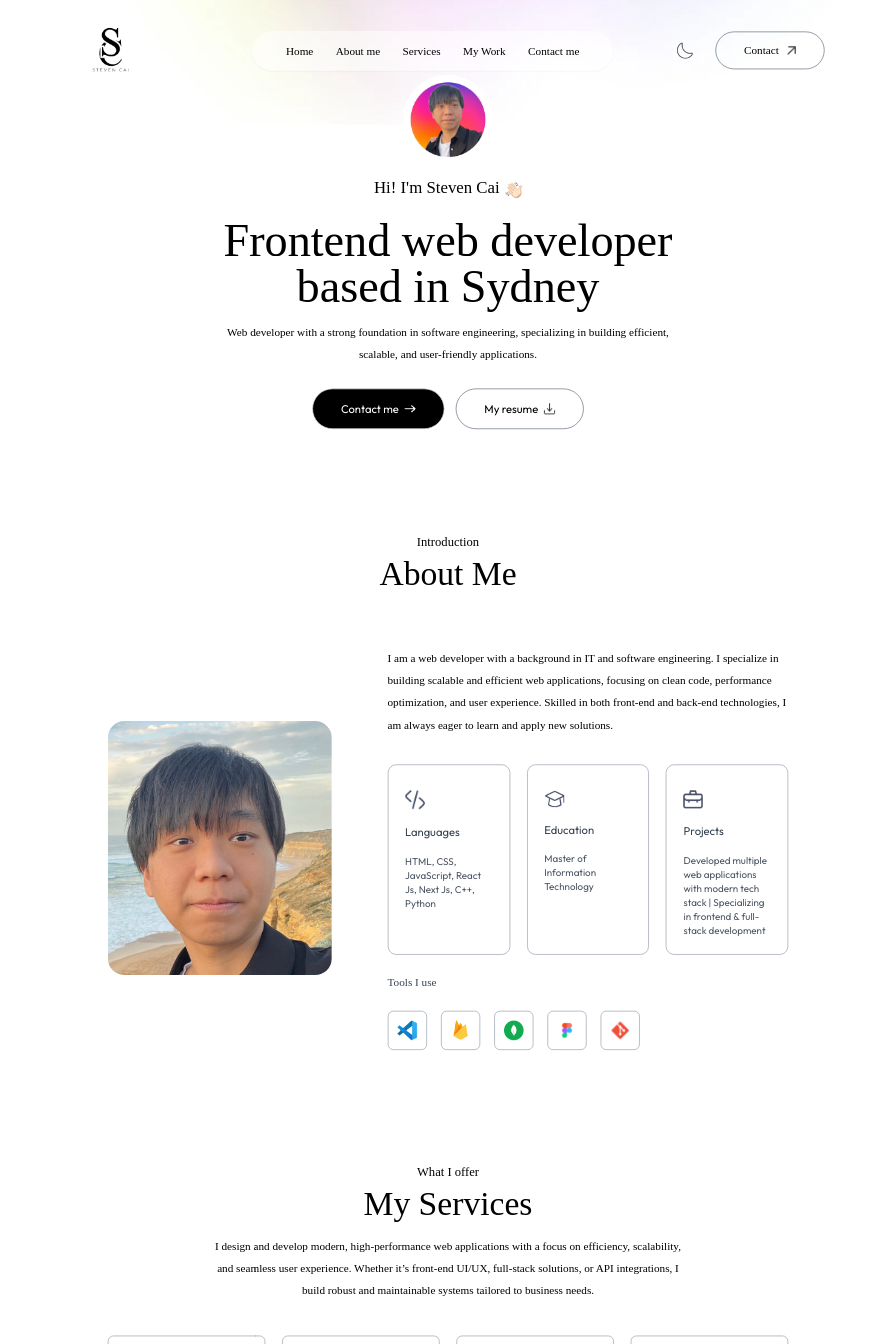
Repository: Steven4cai/profolio
Page: /
These files come from the project's save history. The page is drawn as it stood at one moment and after the next save; the edit follows.
The browser window is 1280 px wide. The pictures show the part of the page from y = 0 to 1920 px (the page is 4329 px tall), at 70% of full size.
Some web fonts or font styles are not loaded; a fallback is used. The project was rebuilt for these pictures with package versions that can differ from the ones it lists, and the page was loaded fresh each time. The framework's server and built-in components were replaced by stand-ins that run in the browser. Also part of the build but not shown: next.config.mjs.

Above is the page before, as saved 2025-02-09 13:19:39.

### app/layout.js
import {Outfit,Ovo} from "next/font/google";
import "./globals.css";

const outfit = Outfit({
  subsets: ["latin"],weight:["400","500","600","700"]
});

const ovo = Ovo({
  subsets: ["latin"],weight:["400"]
});

export const metadata = {
  title: "Profolio - Steven",
  description: "",
};

export default function RootLayout({ children }) {
  return (
    <html lang="en" className="scroll-smooth ">
      <body className={`${outfit.className} ${ovo.className} antialiased leading-8 overflow-x-hidden
      dark:bg-darkTheme dark:text-white`}>
        <main>{children}</main>
      </body>
    </html>
  );
}

### components/About.jsx
import Image from 'next/image'
import React from 'react'
import {assets, infoList, toolsData} from '@/assets/assets'


const About = ({isDark}) => {
  return (
    <div id='about' className='w-full px-[12%] py-10 scroll-mt-20'>
      <h4 className='text-center mb-2 text-lg font-Ovo'>Introduction</h4>
      <h2 className='text-center text-5xl font-Ovo'>About Me</h2>

    <div className='flex w-full flex-col lg:flex-row items-center gap-20 my-20'>
        <div className='w-64 sm:w-80 rounded-3xl max-w-none'>
            <Image src={assets.user_image} alt='user'
            className='w-full rounded-3xl'/>
        </div>
        <div className='flex-1'>
            <p className='mb-10 max-w-2xl font-Ovo'>
            I am a web developer with a background in IT and software
         engineering. I specialize in building scalable and efficient web
          applications, focusing on clean code, performance optimization,
          and user experience. Skilled in both front-end and back-end
          technologies, I am always eager to learn and apply new solutions.
            </p>
            <ul className='grid grid-cols-1 sm:grid-cols-3 gap-6 max-w-2xl'>
                {infoList.map((info,index) => (
                    <li
                    className='border-[0.5px] border-gray-400 rounded-xl p-6
                    cursor-pointer hover:bg-lightHover hover:-translate-y-1 duration-500
                    hover:shadow-black
                    dark:border-white dark:hovr:shadow-white dark:hover:bg-darkHover/50'
                    key={index}>
                        <Image src={isDark ? info.iconDark : info.icon} alt={info.title} className='w-7 mt-3'/>
                        <h3 className='my-4 font-semiblod text-gray-700 dark:text-white'>{info.title}</h3>
                        <p className='text-gray-600 text-sm dark:text-white/80'>{info.description}</p>
                    </li>
                ))}
            </ul>

            <h4 className='my-6 text-gray-700 font-Ovo dark:text-white/80'>Tools I use</h4>


                <ul className='flex items-center gap-3 sm:gap-5'>
                    {toolsData.map((tool,index) => (
                        <li className=
                        'flex items-center justify-center w-12 sm:w-14 aspect-square border border-gray-400 rounded-lg cursor-pointer hover:-translate-y-1 duration-500'
                         key={index}>
                            <Image src={tool} alt='Tool' className='w-5 sm:w-7' />
                        </li>
                    ))}
                </ul>
        </div>
    </div>

    </div>
  )
}

export default About

### components/Header.jsx
import React from 'react'
import Image from 'next/image'
import {assets} from '@/assets/assets'

const Header = () => {
  return (
    <div className=
    'w-11/12 max-w-3xl text-center mx-auto h-screen flex flex-col items-center justify-center gap-4'>
      <div>
        <Image src={assets.profile_img} alt='' className='rounded-full w-32'/>
      </div>
      <h3 className='flex items-end gap-2 text-xl md:text-2xl mb-3 font-Ovo'>Hi! I'm Steven Cai <Image src={assets.hand_icon} alt='' className='w-6'/></h3>
        <h1 className='text-3xl sm:text-6xl lg:text-[66px] font-Ovo'>Frontend web developer based in Sydney</h1>
        <p className='max-w-2xl mx-auto font-Ovo'>
          Web developer with a strong foundation in software engineering,
           specializing in building efficient, scalable, and user-friendly
            applications.
        </p>
        <div className=
        'flex flex-col sm:flex-row items-center gap-4 mt-4'>
            <a href="#contact"
             className='px-10 py-3 border rounded-full bg-black text-white flex items-center gap-2
             dark:bg-transparent'>
                Contact me  <Image src={assets.right_arrow_white} alt='' className='w-4'/></a>
            <a href="/Steven_Cai_ITResume.pdf" download
            className='px-10 py-3 border rounded-full border-gray-500 flex items-center gap-2
            bg-white dark:text-black'
            >My resume  <Image src={assets.download_icon} alt='' className='w-4'/></a>

        </div>


    </div>
  )
}

export default Header

### components/Services.jsx
import React from "react";
import { TbWorld } from "react-icons/tb";
import { RiStackFill } from "react-icons/ri";
import { AiOutlineApi } from "react-icons/ai";
import { MdSecurity } from "react-icons/md";

export const serviceData = [
  { icon: <TbWorld className="text-4xl text-gray-700 dark:text-white" />, title: 'Frontend Development', description: 'Building modern, responsive, and interactive web applications using React.js, Next.js, and Tailwind CSS to ensure seamless user experience.', link: '' },
  { icon: <RiStackFill className="text-4xl text-gray-700 dark:text-white" />, title: 'Full-Stack Development', description: 'Developing scalable web applications with Next.js, Appwrite, MongoDB, and Firebase, handling both frontend and backend efficiently.', link: '' },
  { icon: <AiOutlineApi className="text-4xl text-gray-700 dark:text-white" />, title: 'API Development & Integration', description: 'Creating and integrating RESTful APIs to enable smooth data communication between systems, ensuring high performance and security.', link: '' },
  { icon: <MdSecurity className="text-4xl text-gray-700 dark:text-white" />, title: 'Authentication & Security', description: 'Implementing secure authentication using NextAuth.js, OAuth, JWT, and Firebase Auth, ensuring data protection and user privacy.', link: '' },
];

const Services = () => {
  return (
    <div id='services' className='w-full px-[12%] py-10 scroll-mt-20'>
      <h4 className='text-center mb-2 text-lg font-Ovo'>What I offer</h4>
      <h2 className='text-center text-5xl font-Ovo'>My Services</h2>

      <p className='text-center max-w-2xl mx-auto mt-5 mb-12 font-Ovo'>
        I design and develop modern, high-performance web applications with
        a focus on efficiency, scalability, and seamless user experience. Whether
        it’s front-end UI/UX, full-stack solutions, or API integrations,
        I build robust and maintainable systems tailored to business needs.
      </p>

      <div className='grid grid-cols-1 sm:grid-cols-2 md:grid-cols-4 gap-6 my-10'>
        {serviceData.map(({ icon, title, description, link }, index) => (
          <div
            className='border border-gray-400 rounded-lg px-8 py-10 flex flex-col items-center text-center
              hover:shadow-black cursor-pointer hover:bg-lightHover hover:-translate-y-1 duration-500
              dark:hover:bg-darkHover dark:hover:shadow-white'
            key={index}
          >
            {icon}
            <h3 className='text-lg my-4 text-gray-700 dark:text-white'>{title}</h3>
            <p className='text-sm text-gray-600 leading-5 dark:text-white/80'>{description}</p>
          </div>
        ))}
      </div>
    </div>
  );
};

export default Services;

### components/Work.jsx
import { assets, workData } from '@/assets/assets';
import React from 'react';
import Image from 'next/image';
import Link from 'next/link';
import { BsGithub } from 'react-icons/bs';
import { CgWebsite } from 'react-icons/cg';

const Work = ({ isDark }) => {
  return (
    <div id="work" className="w-full px-[12%] py-10 scroll-mt-20">
      <h4 className="text-center mb-2 text-lg font-Ovo">My Portfolio</h4>
      <h2 className="text-center text-5xl font-Ovo">My Latest Works</h2>

      <p className="text-center max-w-2xl mx-auto mt-5 mb-12 font-Ovo">
      Here are some of my recent projects, showcasing my expertise in web
       development, full-stack solutions, and API integration. These projects
        demonstrate my ability to build scalable, high-performance applications
         with intuitive user experiences, modern design principles, and secure
         architecture.
      </p>

      <div className="grid grid-cols-1 sm:grid-cols-2 md:grid-cols-3 gap-6 my-10">
  {workData.map((work, index) => (
    <div
      key={index}
      className="flex flex-col bg-white dark:bg-gray-900 rounded-lg shadow-md overflow-hidden group cursor-pointer"
    >
      {/* 背景图片部分 */}
      <div
        className="h-64 bg-cover bg-center transition-transform duration-500 group-hover:scale-105"
        style={{ backgroundImage: `url(${work.bgImage})` }}
      ></div>

      {/* 文字部分 */}
      <div
        className="p-5 w-full flex flex-col flex-grow transition-all duration-500 group-hover:-translate-y-2"
      >
        <h2 className="font-semibold text-lg dark:text-white text-center">
          {work.title}
        </h2>
        <p className="text-sm text-gray-600 dark:text-gray-300 mt-2 text-justify flex-grow">
          {work.description}
        </p>

        {/* 按钮部分 */}
        <div className="mt-4 flex justify-between items-center">
          <Link
            href={work.website}
            target="_blank"
            className="flex items-center gap-2 text-sm text-gray-800 dark:text-white hover:text-blue-500 transition-colors"
          >
            <CgWebsite className="text-xl" /> Live Demo
          </Link>

          <Link
            href={work.github}
            target="_blank"
            className="flex items-center gap-2 text-sm text-gray-800 dark:text-white hover:text-gray-600 transition-colors"
          >
            <BsGithub className="text-xl" /> GitHub
          </Link>
        </div>
      </div>
    </div>
  ))}
</div>

    </div>
  );
};

export default Work;

### components/Contact.jsx
'use client'
import { assets } from '@/assets/assets'
import React,{ useState } from 'react'
import Image from 'next/image'
const Contact = () => {

    const [result, setResult] = React.useState("");

  const onSubmit = async (event) => {
    event.preventDefault();
    setResult("Sending....");
    const formData = new FormData(event.target);

    formData.append("access_key", "d1d257f8-3b83-45d6-8d1c-4f4ca340e588");

    const response = await fetch("https://api.web3forms.com/submit", {
      method: "POST",
      body: formData
    });

    const data = await response.json();

    if (data.success) {
      setResult("Form Submitted Successfully");
      event.target.reset();
    } else {
      console.log("Error", data);
      setResult(data.message);
    }
  };


  return (
    <div id='contact' className='w-full px-[12%] py-10 scroll-mt-20 bg-[url("/footer-bg-color.png")] bg-no-repeat
    bg-center bg-[length:90%_auto] dark:bg-none'>
        <h4 className='text-center mb-2 text-lg font-Ovo'>Connect with me</h4>
        <h2 className='text-center text-5xl font-Ovo'>Get In Touch</h2>

        <p className='text-center max-w-2xl mx-auto mt-5 mb-12 font-Ovo'>
       I'd love to hear from you! If you have any questions, comments, or feedback, please use the form below!
        </p>

        <form onSubmit={onSubmit} className='max-w-2xl mx-auto'>
            <div className='grid grid-cols-auto gap-6 mt-10 mb-8'>
                <input
                className='flex-1 p-3 outline-none border-[0.5px] border-gray-400 rounded-md bg-white
                dark:bg-darkHover/30 dark:border-white/90'
                type="text" placeholder='Enter your name' required name="name" />
                <input
                className='flex-1 p-3 outline-none border-[0.5px] border-gray-400 rounded-md bg-white
                dark:bg-darkHover/30 dark:border-white/90'
                type="email" placeholder='Enter your email' required name="email" />
            </div>
            <textarea
            className='w-full p-4 outline-none border-[0.5px] border-gray-400 rounded-md bg-white mb-6
            dark:bg-darkHover/30 dark:border-white/90'
            rows={6} placeholder='Enter your message'  name="message" required></textarea>
            <button
            className='py-3 px-8 w-max flex items-center justify-between gap-2 bg-black/80 text-white rounded-full
            mx-auto hover:bg-black duration-500 dark:bg-transparent dark:border-[0.5px] dark:hover:bg-darkHover'
            type='submit'>
                Submit Now <Image src={assets.right_arrow_white} alt='' className='w-4'/>
            </button>

            <p className='mt-4'>{result}</p>
        </form>
    </div>
  )
}

export default Contact

### components/Footer.jsx
import Image from 'next/image'
import React from 'react'
import { assets } from '@/assets/assets'


const Footer = ({isDark}) => {
    const currentYear = new Date().getFullYear();

  return (
    <div className='mt-20'>
      <div className='text-center'>
        <Image src={assets.logo} alt='' className='w-36 mx-auto mb-2 bg-white rounded-full' />
        <div className='flex w-max items-center gap-2 mx-auto'>
            <Image src={isDark ?assets.mail_icon_dark : assets.mail_icon} alt='' className='w-6'/>
            stevencaijingheng@gmail.com
        </div>
      </div>
      <div className=
      'text-center sm:flex items-center justify-between border-t border-gray-400 mx-[10%] mt-12 py-6'>
        <p>
            &copy; {currentYear} Steven Cai. All rights reserved.
        </p>
        <ul className=
        'flex items-center gap-10 justify-center mt-4 sm:mt-0'>
            <li><a target='_blank' href="https://github.com/Steven4cai">GitHub</a></li>
            <li><a target='_blank' href="https://www.linkedin.com/in/jingheng-cai-630177280/">Linkedin</a></li>
        </ul>
      </div>
    </div>
  )
}

export default Footer

### assets/assets.js
import user_image from './user-image.png';
import code_icon from './code-icon.png';
import code_icon_dark from './code-icon-dark.png';
import edu_icon from './edu-icon.png';
import edu_icon_dark from './edu-icon-dark.png';
import project_icon from './project-icon.png';
import project_icon_dark from './project-icon-dark.png';
import vscode from './vscode.png';
import firebase from './firebase.png';
import figma from './figma.png';
import git from './git.png';
import mongodb from './mongodb.png';
import right_arrow_white from './right-arrow-white.png';
import logo from './logo.png';
import logo_dark from './logo_dark.png';
import mail_icon from './mail_icon.png';
import mail_icon_dark from './mail_icon_dark.png';
import profile_img from './profile-img.png';
import download_icon from './download-icon.png';
import hand_icon from './hand-icon.png';
import header_bg_color from './header-bg-color.png';
import moon_icon from './moon_icon.png';
import sun_icon from './sun_icon.png';
import arrow_icon from './arrow-icon.png';
import arrow_icon_dark from './arrow-icon-dark.png';
import menu_black from './menu-black.png';
import menu_white from './menu-white.png';
import close_black from './close-black.png';
import close_white from './close-white.png';
import web_icon from './web-icon.png';
import mobile_icon from './mobile-icon.png';
import ui_icon from './ui-icon.png';
import graphics_icon from './graphics-icon.png';
import right_arrow from './right-arrow.png';
import send_icon from './send-icon.png';
import right_arrow_bold from './right-arrow-bold.png';
import right_arrow_bold_dark from './right-arrow-bold-dark.png';

export const assets = {
    user_image,
    code_icon,
    code_icon_dark,
    edu_icon,
    edu_icon_dark,
    project_icon,
    project_icon_dark,
    vscode,
    firebase,
    figma,
    git,
    mongodb,
    right_arrow_white,
    logo,
    logo_dark,
    mail_icon,
    mail_icon_dark,
    profile_img,
    download_icon,
    hand_icon,
    header_bg_color,
    moon_icon,
    sun_icon,
    arrow_icon,
    arrow_icon_dark,
    menu_black,
    menu_white,
    close_black,
    close_white,
    web_icon,
    mobile_icon,
    ui_icon,
    graphics_icon,
    right_arrow,
    send_icon,
    right_arrow_bold,
    right_arrow_bold_dark
};

export const workData = [
    {
        id: '1',
       title: 'Property Pulse',
        description: 'Property Pulse is a full-stack real estate platform built with Next.js, MongoDB, and Tailwind CSS. It allows users to list, search, and manage properties with features like NextAuth Google authentication, Cloudinary image uploads, real-time availability tracking, and internal messaging for seamless communication.',
        bgImage: '/propertypulse.jpg',
        website:'https://propertypulse-rosy-eight.vercel.app/',
        github:'https://github.com/Steven4cai/propertypulse'
    },
    {
        id: '2',
        title: 'BookIt – Room Booking System',
        description: 'ookIt is a meeting room booking system built with Next.js, Appwrite, and Tailwind CSS. Users can list, edit, and manage rooms with features like built-in authentication, Appwrite database, real-time availability tracking, and booking validation to prevent double booking.',
        bgImage: '/bookit.png',
        website:'https://bookit-sandy.vercel.app/',
        github:'https://github.com/Steven4cai/bookit'
    },
    {
        id: '3',
        title: 'Github Finder',
        description: 'GitHub User Finder is a React-based web app built with React, GitHub REST API, and Tailwind CSS. Users can search GitHub profiles and explore repositories with features like real-time API fetching, user statistics, repository insights, and a responsive UI for an optimized browsing experience.',
        bgImage: '/work-3.png',
        website:'https://github-finder-one-sepia.vercel.app/',
        github:'https://github.com/Steven4cai/github-finder'
    },

]

export const serviceData = [
    { icon: assets.web_icon, title: 'Frontend Development', description: 'Building modern, responsive, and interactive web applications using React.js, Next.js, and Tailwind CSS to ensure seamless user experience.', link: '' },
    { icon: assets.mobile_icon, title: 'Full-Stack Development', description: 'Developing scalable web applications with Next.js, Appwrite, MongoDB, and Firebase, handling both frontend and backend efficiently.', link: '' },
    { icon: assets.ui_icon, title: 'API Development & Integration', description: 'Creating and integrating RESTful APIs to enable smooth data communication between systems, ensuring high performance and security.', link: '' },
    { icon: assets.graphics_icon, title: 'Authentication & Security', description: 'Implementing secure authentication using NextAuth.js, OAuth, JWT, and Firebase Auth, ensuring data protection and user privacy.', link: '' },
]

export const infoList = [
    { icon: assets.code_icon, iconDark: assets.code_icon_dark, title: 'Languages', description: 'HTML, CSS, JavaScript, React Js, Next Js, C++, Python' },
    { icon: assets.edu_icon, iconDark: assets.edu_icon_dark, title: 'Education', description: 'Master of Information Technology' },
    { icon: assets.project_icon, iconDark: assets.project_icon_dark, title: 'Projects', description: 'Developed multiple web applications with modern tech stack | Specializing in frontend & full-stack development' }
];

export const toolsData = [
    assets.vscode, assets.firebase, assets.mongodb, assets.figma, assets.git
];

Loaded but not shown: app/globals.css (common file); app/page.js (42 lines, source omitted); tailwind.config.mjs (30 lines, source omitted); components/Navbar.jsx (93 lines, source omitted)

After the next save:
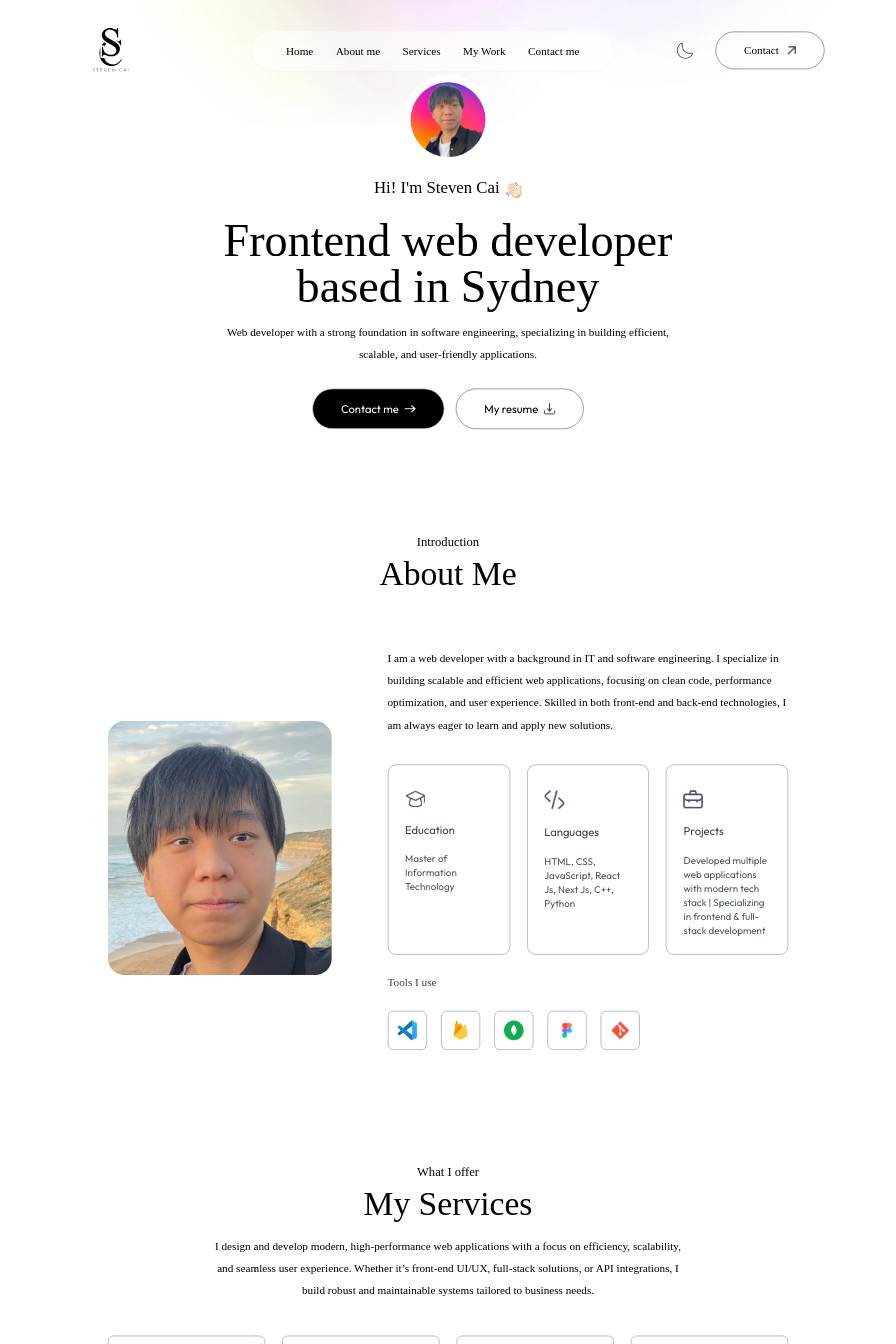
Saved 57 min 17 s later.
--- a/assets/assets.js
+++ b/assets/assets.js
@@ -112,8 +112,9 @@ export const serviceData = [
 ]
 
 export const infoList = [
+    { icon: assets.edu_icon, iconDark: assets.edu_icon_dark, title: 'Education', description: 'Master of Information Technology' },
     { icon: assets.code_icon, iconDark: assets.code_icon_dark, title: 'Languages', description: 'HTML, CSS, JavaScript, React Js, Next Js, C++, Python' },
-    { icon: assets.edu_icon, iconDark: assets.edu_icon_dark, title: 'Education', description: 'Master of Information Technology' },
+
     { icon: assets.project_icon, iconDark: assets.project_icon_dark, title: 'Projects', description: 'Developed multiple web applications with modern tech stack | Specializing in frontend & full-stack development' }
 ];
 
